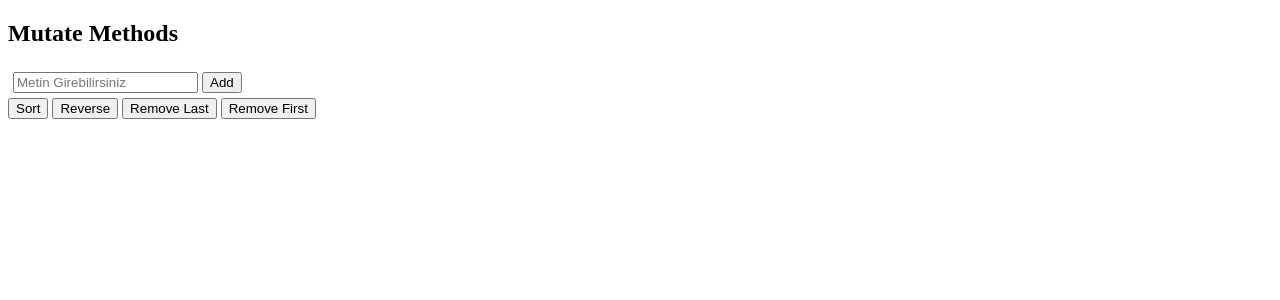
Repository: GorkemTurhan89/jsTutorial
Page: day13/51-b-practice.html
These files come from the project's save history. The page is drawn as it stood at one moment and after the next save; the edit follows.
The browser window is 1280 px wide. The pictures show the whole page.

Above is the page before, as saved 2024-06-20 22:26:02.

After the next save:
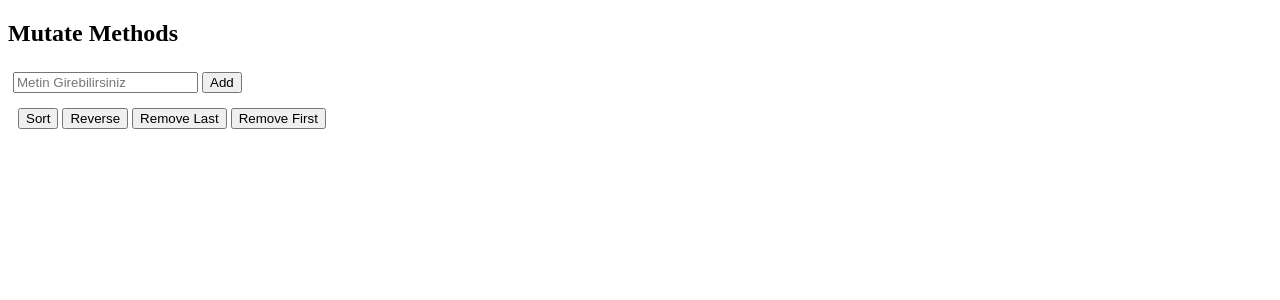
Saved 6 s later.
--- a/day13/51-b-practice.html
+++ b/day13/51-b-practice.html
@@ -10,7 +10,8 @@
             text-align: left;
         }
         .fonsiyonlar{
-            padding: ;
+            padding: 5px;
+            margin: 5px;
         }
     </style>
 </head>
